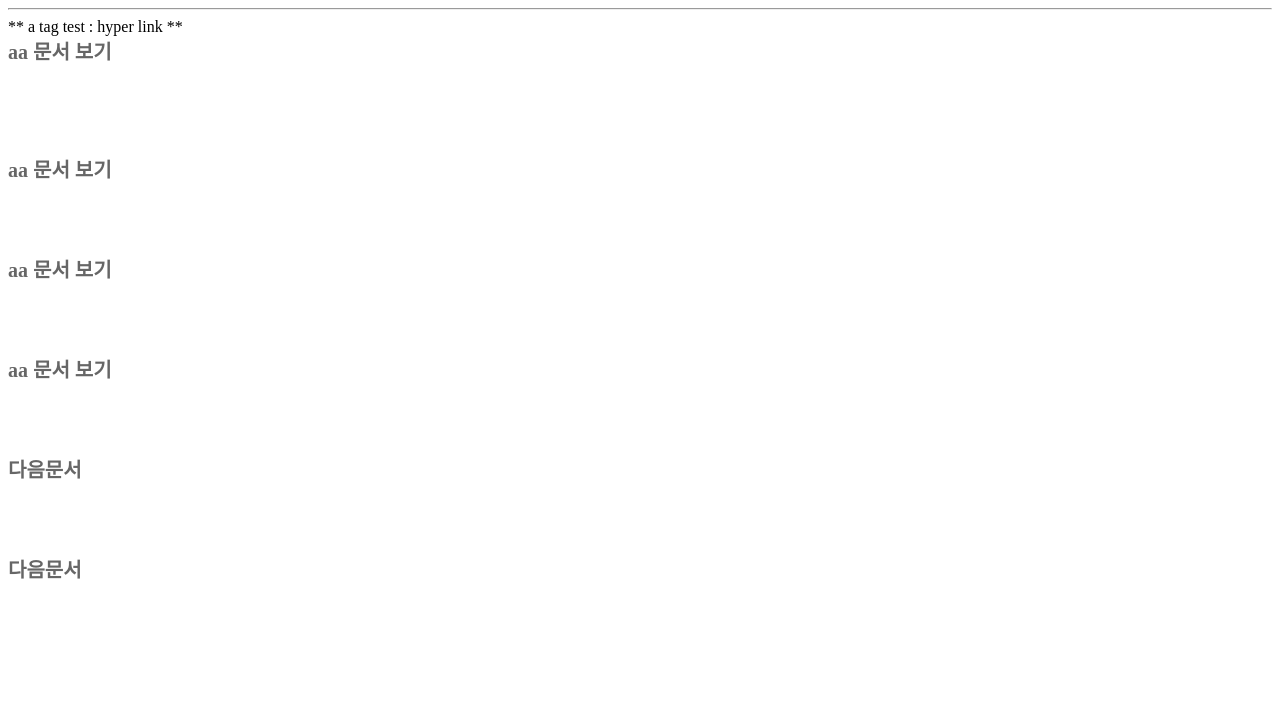
Repository: lsgsg/lsgsg
Page: wsou/webBasic/WebContent/cc.html
These files come from the project's save history. The page is drawn as it stood at one moment and after the next save; the edit follows.
The browser window is 1280 px wide. The pictures show the whole page.

Above is the page before, as saved 2018-08-14 03:55:00.

### wsou/webBasic/WebContent/cc.html
<!DOCTYPE html>
<html>
<head>
<meta charset="UTF-8">
<title>이미지와 링크에 대해서</title>
<style>
	.imgStyle { }
	a{ text-decoration : none;
	   color : #666;
	   font-size : 20px;
	   font-weight:bold;
	   width:200px;
	   height:100px;
	   display:block;

	   }
	img {width:100%; height:100%;}
</style>
</head>
<body>
<!--
<div class = 'imgStyle'>
	<a href = "http://www.naver.com" target = "_blank">
		<img src = "image/mouse.png" title ="툴팁">
	</a>
	<a href = "http://www.daum.net" target = "_blank">
		<img src = "image/menu1.jpg" title ="툴팁2" width = "50%" align = "right">
	</a>
	<a href = "#">
		<img src ="https://t1.daumcdn.net/daumtop_chanel/op/20170315064553027.png" alt="네이버 이미지">
	</a>
	<embed src ="image/mycafe.swf"  autostart="true" alt="원래는 비디오 사운드 파일을 담는 태그">
</div>
-->
<hr>
** a tag test : hyper link ** <br>
<a href="aa.html"> aa 문서 보기 </a> </br>
<a href="aa.html" target = "_new"> aa 문서 보기 </a>
<a href="aa.html" target = "_blank"> aa 문서 보기 </a>
<a href="aa.html" target = "_self"> aa 문서 보기 </a>

<a href ="http://www.daum.net">다음문서</a>
<a href ="http://www.daum.net:80/index.html">다음문서</a>
</body>
</html>

After the next save:
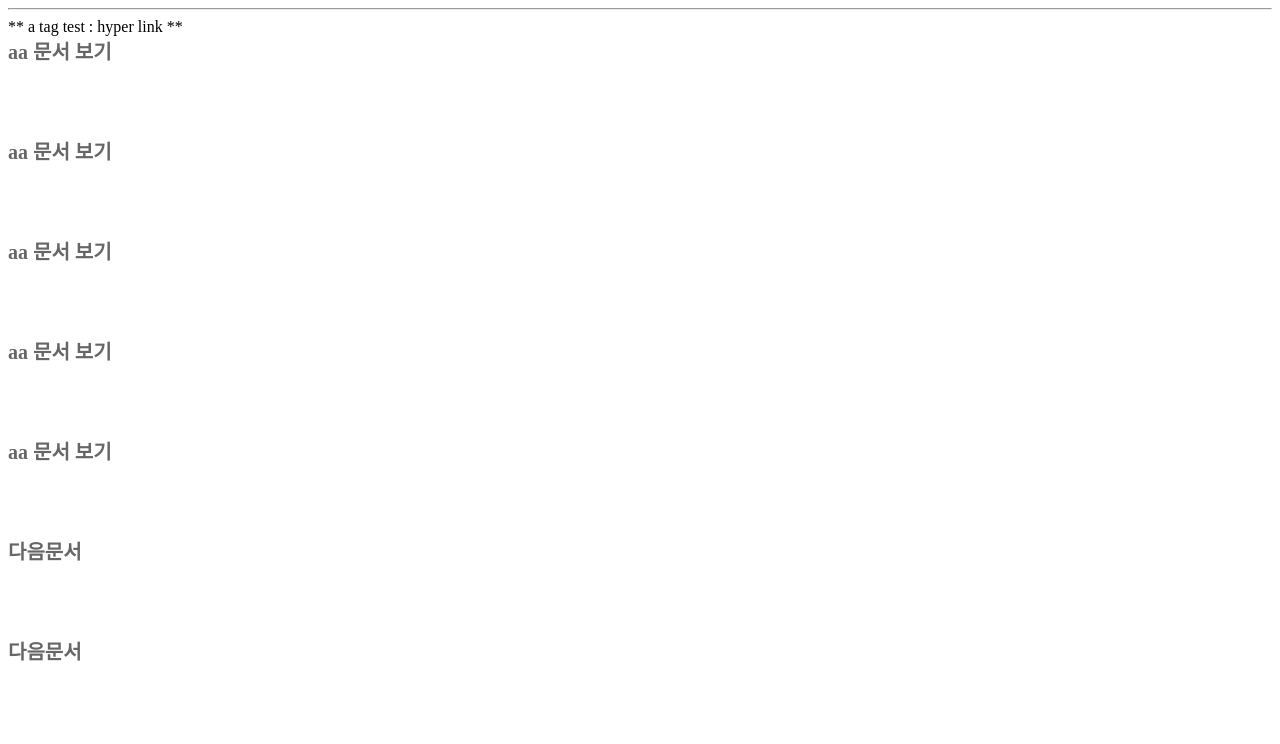
Saved 5 min 57 s later.
--- a/wsou/webBasic/WebContent/cc.html
+++ b/wsou/webBasic/WebContent/cc.html
@@ -34,11 +34,11 @@
 -->
 <hr>
 ** a tag test : hyper link ** <br>
-<a href="aa.html"> aa 문서 보기 </a> </br>
+<a href="aa.html"> aa 문서 보기 </a>
 <a href="aa.html" target = "_new"> aa 문서 보기 </a>
 <a href="aa.html" target = "_blank"> aa 문서 보기 </a>
 <a href="aa.html" target = "_self"> aa 문서 보기 </a>
-
+<a href="http://192.168.0.18/webBasic/aa.html"> aa 문서 보기 </a>
 <a href ="http://www.daum.net">다음문서</a>
 <a href ="http://www.daum.net:80/index.html">다음문서</a>
 </body>
